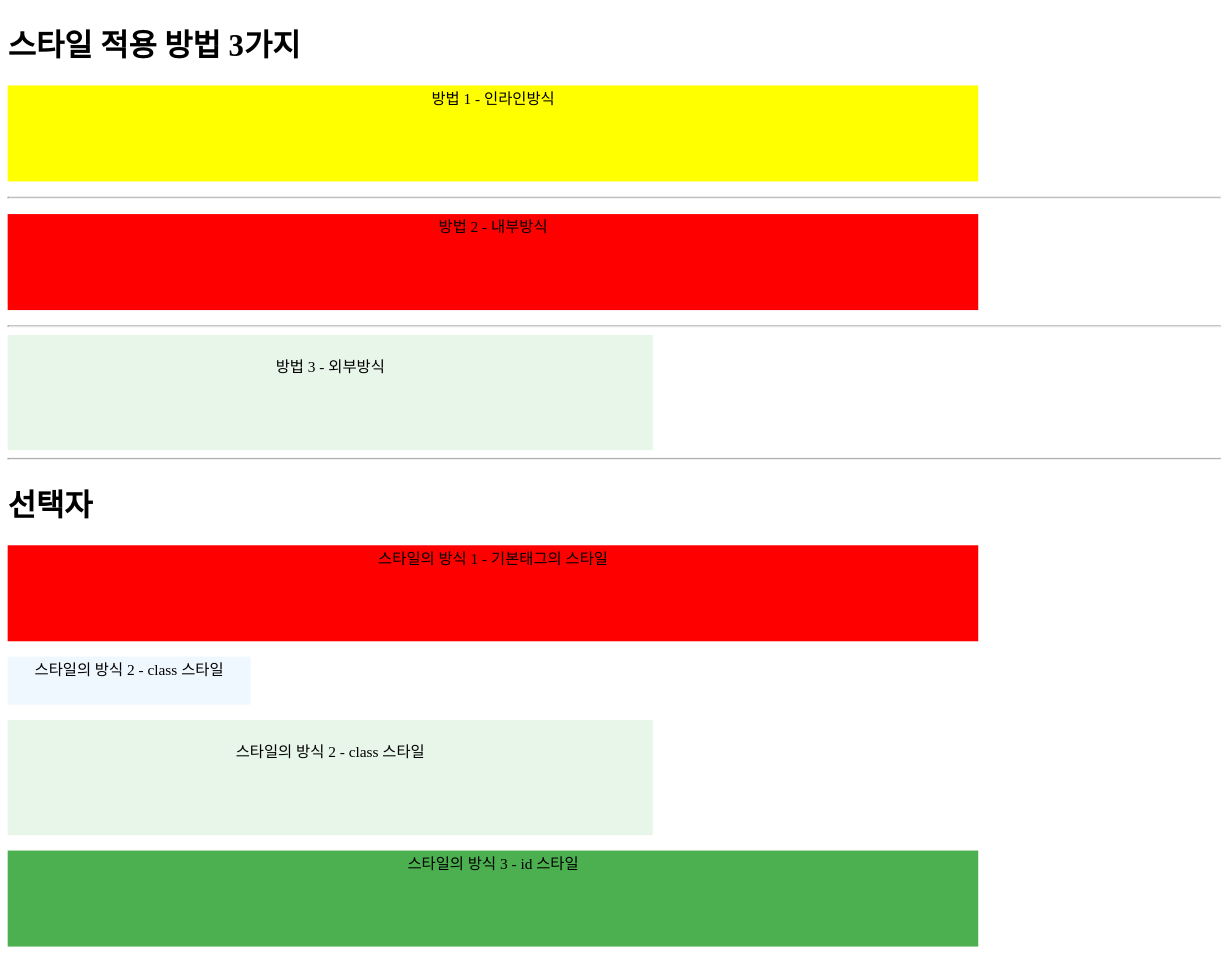
Repository: hsaar/jsworkplace
Page: http://localhost/testjsp/html/test04.jsp
An editor plug-in stored every save of this project. The page is shown before and after the next save, followed by the edit.
The browser window is 1280 px wide. The pictures show the whole page, at 96% of full size.
The page is served by Tomcat 9.

Above is the page before, as saved 2025-08-20 03:58:10.

After the next save:
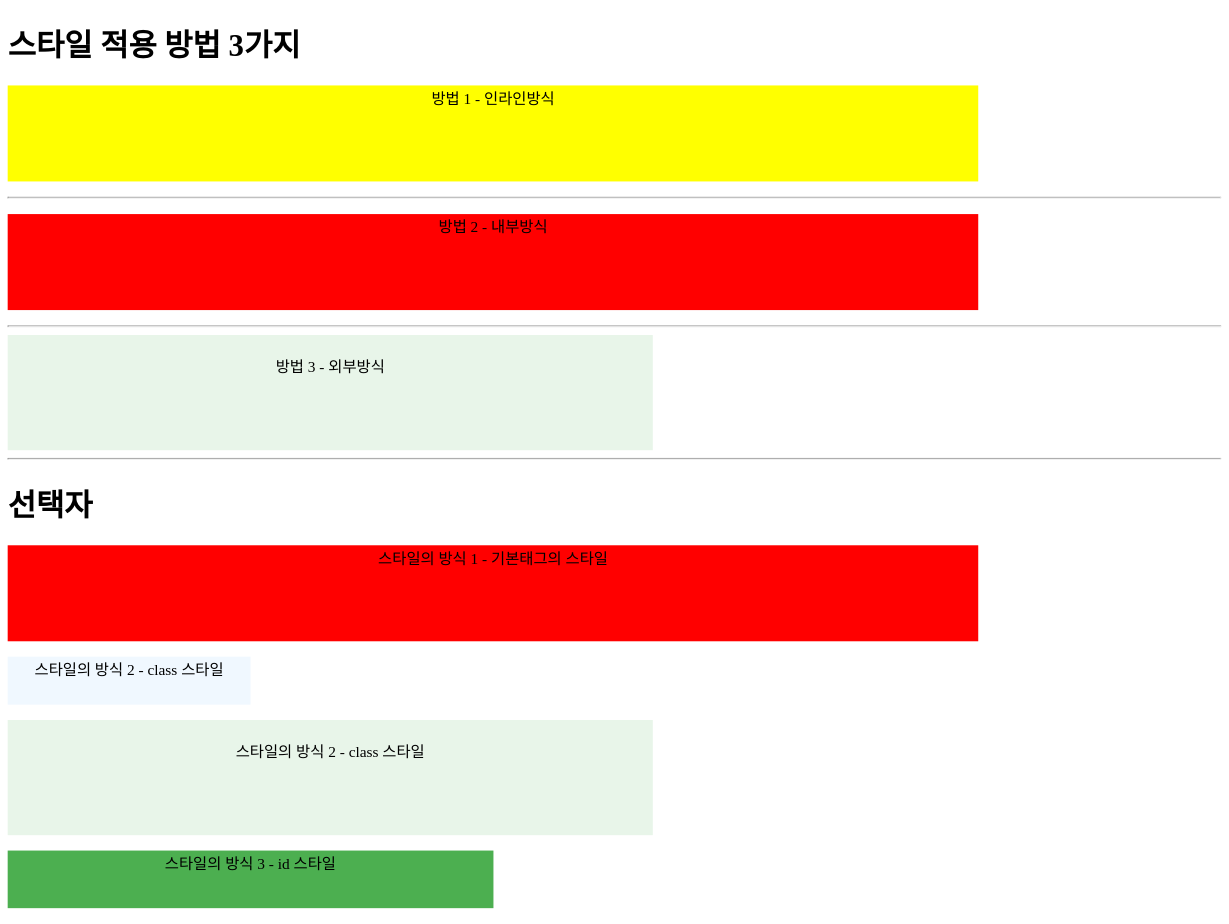
Saved 12 s later.
--- a/testjsp/src/main/webapp/html/test04.jsp
+++ b/testjsp/src/main/webapp/html/test04.jsp
@@ -22,6 +22,8 @@
 	}
 	#test2{
 		background-color: #4CAF50;
+		width: 40%;
+		height: 60px;
 	}
 </style>
 </head>
